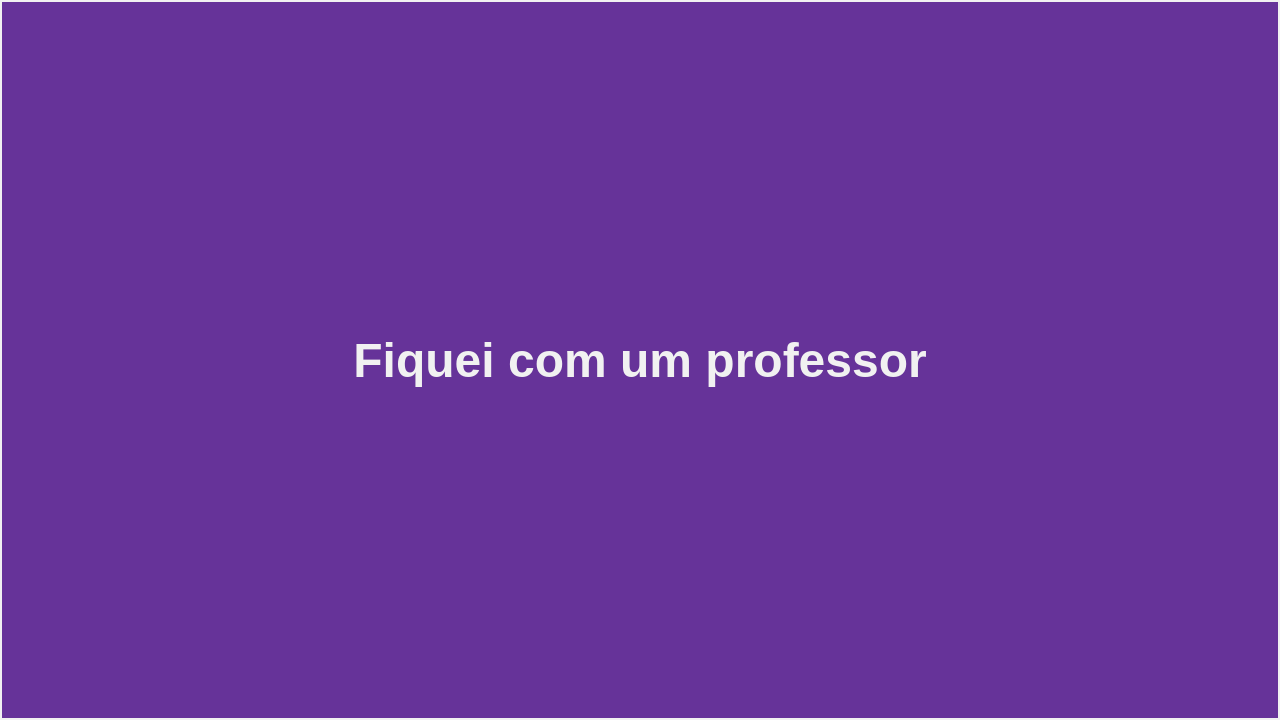
Repository: odiloalmeida/inever
Page: index.html
An editor plug-in stored every save of this project. The page is shown before and after the next save, followed by the edit.
The browser window is 1280 px wide. The pictures show the whole page.
After loading, the first visible `#myButton` was clicked once.

Above is the page before, as saved 2023-01-31 20:09:17.

After the next save:
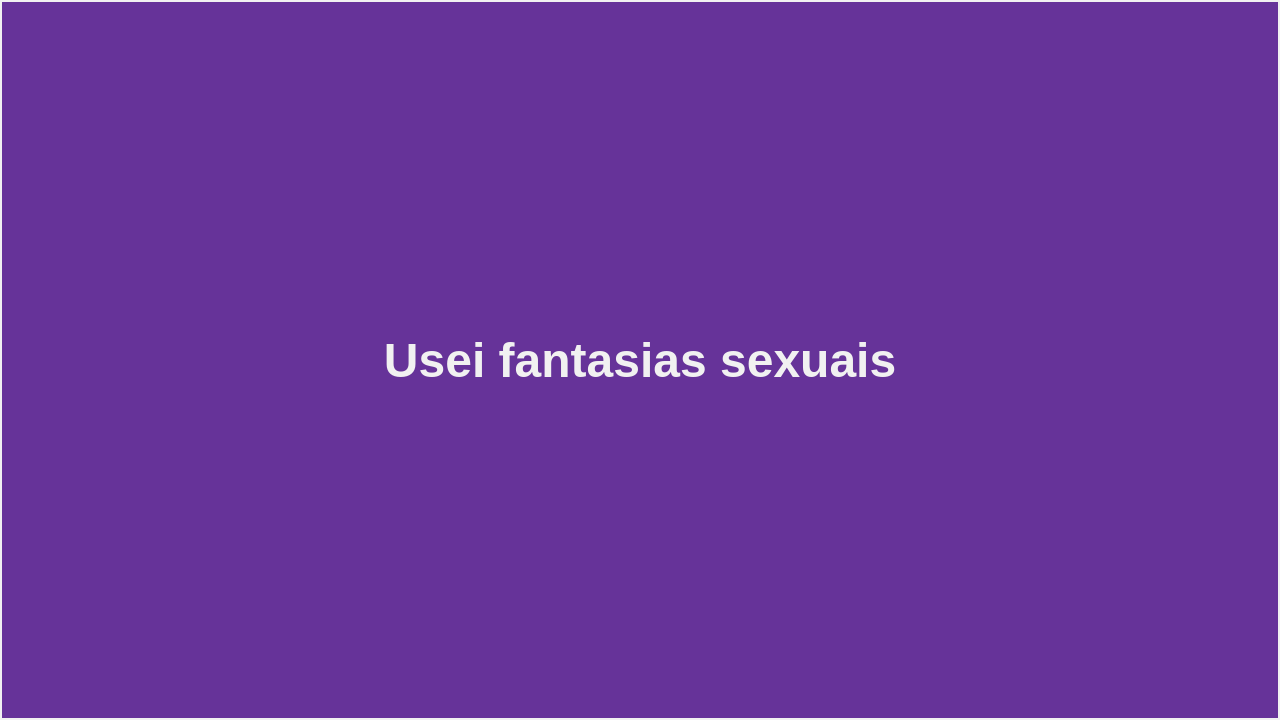
Saved 4 min 2 s later.
--- a/index.html
+++ b/index.html
@@ -23,6 +23,28 @@
         "Tomei banho pelado na praia/piscina",
         "Fiquei com um professor",
         "Fiquei com um amigo e me arrependi",
+        "Fiquei com um amigo e não disse pra ninguém",
+        "Menti sobre ter ficado com uma pessoa",
+        "Bebi tanto que beijei alguém que não queria",
+        "Bebi tanto que esqueci tudo no outro dia",
+        "Vi um nudes de alguém dessa turma",
+        "Desejei o namorado/namorada de um amigo",
+        "Fiquei com alguém por interesse",
+        "Acelerei o ato sexual por que o oral estava ruim",
+        "Bebi pra ter coragem de chegar numa pessoa",
+        "Transei na escola/faculdade",
+        "Transei no chão",
+        "Fiz sexo oral enquanto a pessoa trabalhava",
+        "Fiz sexo oral enquanto a pessoa dirigia",
+        "Usei fantasias sexuais",
+        "Usei plug anal",
+        "Usei um vibrador",
+        "Fiquei com alguém depois neguei pra todo mundo",
+        "Disse pra uma pessoa que a amava sem amar",
+        "Transei no carro",
+        "Broxei no meio do ato sexual",
+        "Desisti de ficar com uma pessoa por que ela estava fedendo",
+        "Fui chupar e estava fedendo muito e desisti"
 
         ];
 
